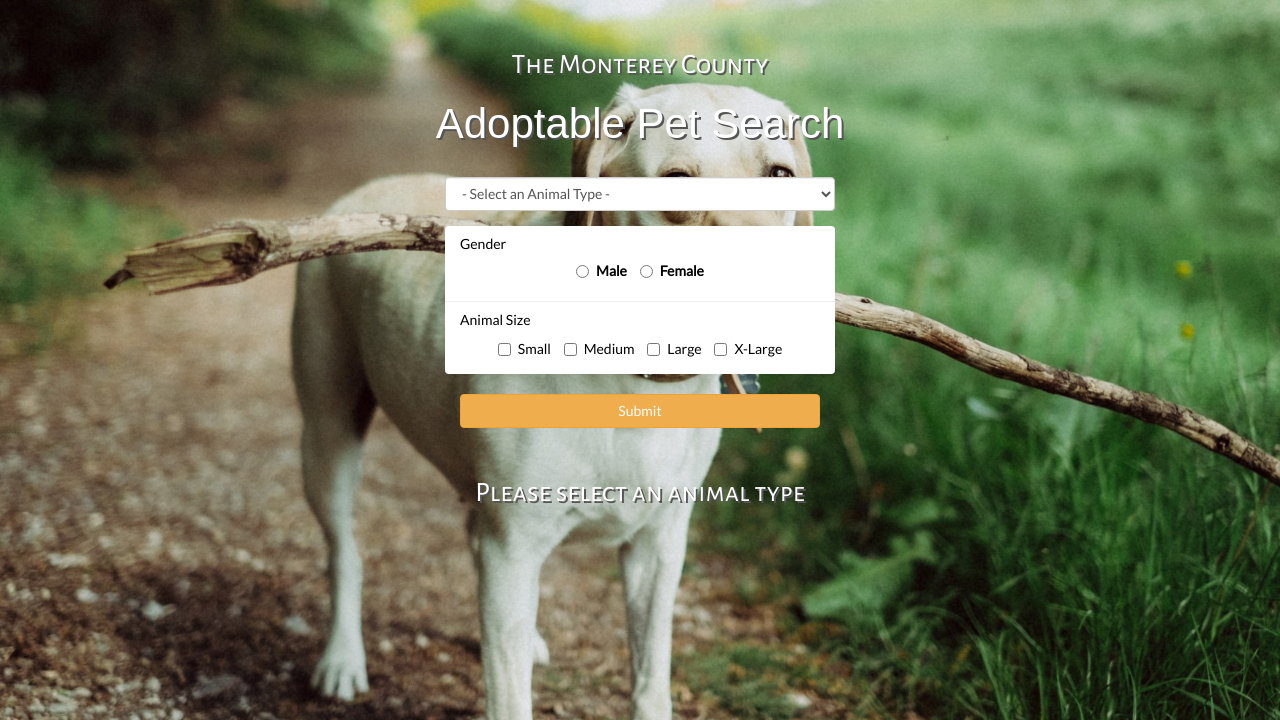
Repository: maliking/making
Page: http://localhost/hw/hw3/index.php
The author's editor kept a record of every edit. The page is drawn from the files as they stood at one moment, then again after the next edit.
The browser window is 1280 px wide. The pictures show the whole page.
Some web fonts or font styles are not loaded; a fallback is used. Some web libraries are served in a nearby version. The page is run by PHP 8.4 with error messages shown; the project is at /var/www/html/.

Above is the page before.

### hw/hw3/index.php
<?php
    if (isset($_GET["animal"])) {
        $backgroundImage = "img/" . $_GET['animal'] . ".jpg";
    } else {
        $backgroundImage = "img/dog.jpg";
    }
?>

<!DOCTYPE html>
<html>
    <head>
        <title> HW3 | Monterey Adoptable Pet Search </title>
        <link href="https://maxcdn.bootstrapcdn.com/bootstrap/3.3.7/css/bootstrap.min.css" rel="stylesheet" integrity="sha384-BVYiiSIFeK1dGmJRAkycuHAHRg32OmUcww7on3RYdg4Va+PmSTsz/K68vbdEjh4u" crossorigin="anonymous">
        <link href="https://fonts.googleapis.com/css?family=Alegreya+Sans+SC|Lato|Patua+One" rel="stylesheet">
        <link href="css/style.css" rel="stylesheet">
        <style>
            body {
                background-image: url("<?=$backgroundImage?>");
            }
        </style>
    </head>
    <body>
        <div class="container">
            <div class="row">
                <form method="GET" class="form-horizontal">
                <h2>The Monterey County</h2><h1>Adoptable Pet Search</h1>
                <div class="col-xs-12 col-lg-4 col-lg-offset-4">
                    <div class="form-group">
                        <select name="animal" class="form-control">
                            <option selected="true" disabled="disabled">- Select an Animal Type -</option>
                            <option value="dog">Dog</option>
                            <option value="cat">Cat</option>
                            <option value="horse">Horse</option>
                            <option value="bird">Bird</option>
                            <option value="reptile">Reptile</option>
                            <option value="smallfurry">Small Furry</option>
                            <option value="barnyard">Barnyard</option>
                        </select>
                    </div>
                </div>
            </div> <!-- end dropdown row -->
            <div class="row">
                <div class="col-xs-12 col-lg-4 col-lg-offset-4 top">
                    <h5>Gender</h5>
                    <div class="form-group text-center">
                        <div class="radio-inline">
                            <label><input type="radio" name="sex" value="M">Male</label>
                        </div>
                        <div class="radio-inline">
                            <label><input type="radio" name="sex" value="F">Female</label>
                        </div>
                    </div>
                </div>
            </div> <!-- end gender row -->
            <div class="row">
                <div class="col-xs-12 col-lg-4 col-lg-offset-4 bottom">
                    <h5>Animal Size</h5>
                    <div class="form-group text-center">
                        <label class="checkbox-inline"><input type="checkbox" name="size" value="S">Small</label>
                        <label class="checkbox-inline"><input type="checkbox" name="size" value="M">Medium</label>
                        <label class="checkbox-inline"><input type="checkbox" name="size" value="L">Large</label>
                        <label class="checkbox-inline"><input type="checkbox" name="size" value="XL">X-Large</label>
                    </div>
                </div>
            </div>
                <div class="row">
                    <div class="col-xs-12 col-lg-4 col-lg-offset-4">
                        <input type="submit" class="btn btn-warning btn-block" value="Submit">
                    </div>
                </div>
                 </form>
        </div> <!-- end container -->



    <div class="container-fluid" id="pets_container">

                <?php
                    if (isset($_GET["animal"])) { // if form submitted, continue
                        $animal = $_GET["animal"];

                        include 'api/petfinderAPI.php';

                        // $sizes = implode("+", $_GET["size"]);
                        // echo $sizes;
                        // if (is_array($sizes)) {
                        //     echo "<br>is array";
                        // } else {
                        //     echo "<br>is not array";
                        // }

                        $pets = getImageURLs($animal, $_GET["age"], $_GET["size"], $_GET["sex"]);

                        foreach($pets as $value){
                            echo "<div class='row pet_row'>";
                                echo "<div class='col-lg-6 col-lg-offset-3 pet_column'>";
                                    echo "<div class='col-lg-2'>";
                                        echo "<a href='" . $value['url'] . "'><img class='pet_image' src='". $value['img_url'] . "'></a>";
                                    echo "</div>"; // col-lg-2
                                    echo "<div class='col-lg-10'>";
                                        echo "<a href='" . $value['url'] . "'><h4>" . $value['name'] . "</h4></a>";
                                        echo "<h5>Age: " . $value['age'] . "</h5>";
                                        if ($value['sex'] == "F") {
                                            echo "<h5 class='female'>Gender: Female</h5>";
                                        } else if ($value['sex'] == "M") {
                                            echo "<h5 class='male'>Gender: Male</h5>";
                                        }
                                        switch ($value["size"]) {
                                            case 'S':
                                                echo "<h5>Size: Small</h5>";
                                                break;
                                            case 'M':
                                                echo "<h5>Size: Medium</h5>";
                                                break;
                                            case 'L':
                                                echo "<h5>Size: Large</h5>";
                                                break;
                                            case 'XL':
                                                echo "<h5>Size: X-Large</h5>";
                                                break;
                                        }

                                        echo "<p>";
                                        echo $value['description'];
                                        echo "</p>";
                                    echo "</div>"; // col-lg-10
                                echo "</div>"; // col-lg-6 col-lg-offset-3 pet_column
                            echo "</div>"; // row pet_row

                    }


                    } else {  // if the form has not been submitted, echo the directions
                            echo "<h2> Please select an animal type</h2>";
                    }



                    // foreach ($all as $pet) {
                    //     echo "<div class='row pet_row'>";
                    //     echo "<div class='col-lg-6 col-lg-offset-3 pet_column'>";
                    //     echo "<img class='pet_image'src="$pet['imageURLs']">";
                    //     echo "<h3>$pet['pet_name']</h3>";
                    //     echo "</div></div>";
                    // }
                    // for ($i = 0; $i < 26 ; $i++) {
                    //     echo "<div class='row pet_row'>";
                    //     echo "<div class='col-lg-6 col-lg-offset-3 pet_column'>";
                    //     echo "<img class='pet_image' src='$all[$i]'>";
                    //     echo "<h3>$pet_name[$i]</h3>";
                    //     echo "</div></div>";
                    // }
                ?>

    </div>

    <script src="https://ajax.googleapis.com/ajax/libs/jquery/3.2.1/jquery.min.js"></script>
    <script src="https://maxcdn.bootstrapcdn.com/bootstrap/3.3.7/js/bootstrap.min.js" integrity="sha384-Tc5IQib027qvyjSMfHjOMaLkfuWVxZxUPnCJA7l2mCWNIpG9mGCD8wGNIcPD7Txa" crossorigin="anonymous"></script>
    </body>
</html>

### hw/hw3/css/style.css
body {
    background-repeat: no-repeat;
    background-size: cover;
    background-attachment: fixed;
    font-family: 'Lato', sans-serif;
    color: black;
    margin-top: 30px;
}

h2 {
    text-align: center;
    font-size: 2em;
    font-family: 'Alegreya Sans SC', sans-serif;
    color: white;
    text-shadow: 2px 2px #555;
}

h1 {
    text-align: center;
    margin-bottom: 30px;
    font-family: 'Patua One', sans-serif;
    color: white;
    font-size: 3em;
    text-shadow: 2px 2px #555;
}

.form-horizontal {
    margin-left: auto;
    margin-right: auto;
    display: block;
}

.pet_row {
    margin-bottom: 10px;
    padding-bottom: 10px;
}

.pet_column {
    padding: 20px;
    max-height: 180px;
    overflow-y: scroll;
    background-color: #fff;
    border-radius: 4px;
}

.pet_image {
    margin-left: auto;
    margin-right: auto;
}

h4 {
    margin-top: 0px;
}

#pets_container {
    margin-top: 30px;
}

.top {
    background-color: #fff;
    border-radius: 4px 4px 0px 0px;
}

.bottom {
    background-color: #fff;
    border-radius: 0px 0px 4px 4px;
    border-top: 1px #eee solid;
}

.btn-block {
    margin-top: 20px;
}

After the next edit:
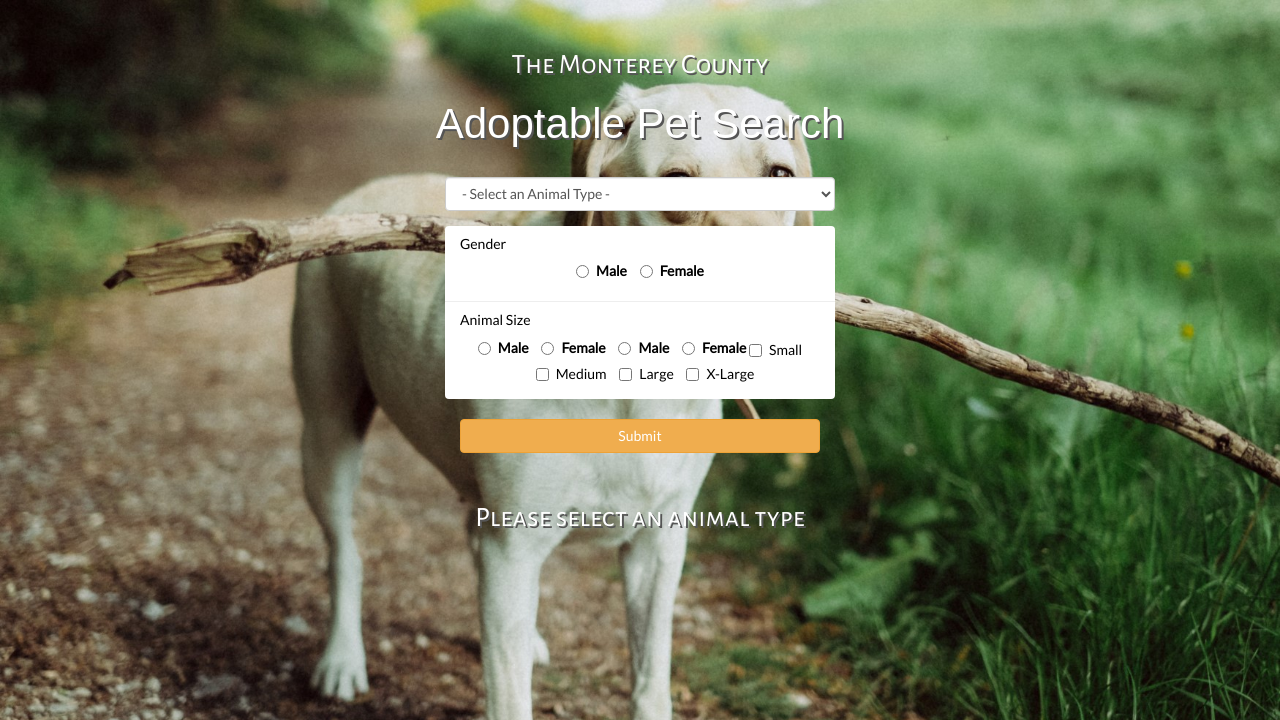
The edit:
--- a/hw/hw3/index.php
+++ b/hw/hw3/index.php
@@ -56,6 +56,18 @@
                 <div class="col-xs-12 col-lg-4 col-lg-offset-4 bottom">
                     <h5>Animal Size</h5>
                     <div class="form-group text-center">
+                        <div class="radio-inline">
+                            <label><input type="radio" name="size" value="M">Male</label>
+                        </div>
+                        <div class="radio-inline">
+                            <label><input type="radio" name="sex" value="F">Female</label>
+                        </div>
+                        <div class="radio-inline">
+                            <label><input type="radio" name="sex" value="M">Male</label>
+                        </div>
+                        <div class="radio-inline">
+                            <label><input type="radio" name="sex" value="F">Female</label>
+                        </div>
                         <label class="checkbox-inline"><input type="checkbox" name="size" value="S">Small</label>
                         <label class="checkbox-inline"><input type="checkbox" name="size" value="M">Medium</label>
                         <label class="checkbox-inline"><input type="checkbox" name="size" value="L">Large</label>
